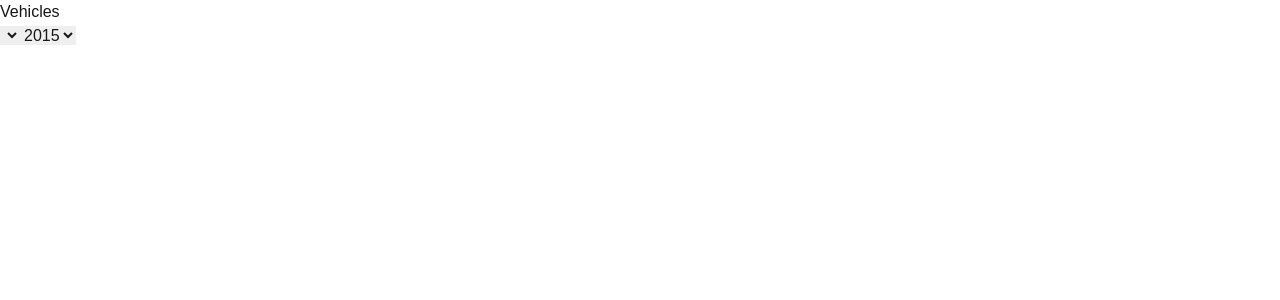
Repository: purpleFade/car-dealer-app
Page: /
These files come from the project's save history. The page is drawn as it stood at one moment and after the next save; the edit follows.
The browser window is 1280 px wide. The pictures show the whole page.
The page's requests for data from a server got no answer. The project was rebuilt for these pictures with package versions that can differ from the ones it lists, and the page was loaded fresh each time. The framework's server and built-in components were replaced by stand-ins that run in the browser. No one was signed in, and anything a server would have sent is missing. Also part of the build but not shown: next.config.ts.

Above is the page before, as saved 2024-12-21 10:43:52.

### src/app/page.tsx
'use client';

import { Vehicle } from '@/types/vehicle';
import { useEffect, useState } from 'react';

const years = Array.from({ length: 2024 - 2015 + 1 }, (_, i) => 2015 + i);

const fetchVehicles = async (): Promise<Vehicle[]> => {
  const response = await fetch(
    'https://vpic.nhtsa.dot.gov/api/vehicles/GetMakesForVehicleType/car?format=json',
  );
  const data = await response.json();

  return data.Results;
};

export default function Home() {
  const [vehicles, setVehicles] = useState<Vehicle[]>([]);

  useEffect(() => {
    fetchVehicles().then((vehicles) => setVehicles(vehicles));
  });

  return (
    <div className=''>
      <h1 className=''>Vehicles</h1>
      <select>
        {vehicles.map((vehicle) => (
          <option key={vehicle.MakeId} value={vehicle.MakeId} className="text-purple-800">
            {vehicle.MakeName}
          </option>
        ))}
      </select>

      <select>
        {years.map((year) => (
          <option key={year} value={year} className="text-purple-800">
            {year}
          </option>
        ))}
      </select>
    </div>
  );
}

Loaded but not shown: src/app/layout.tsx (common file); src/app/globals.css (common file); tailwind.config.ts (common file)

After the next save:
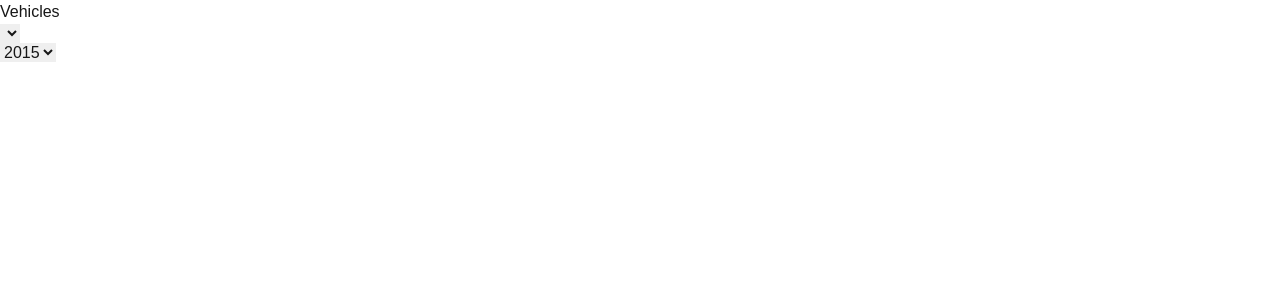
Saved 17 s later.
--- a/src/app/page.tsx
+++ b/src/app/page.tsx
@@ -24,7 +24,7 @@ export default function Home() {
   return (
     <div className=''>
       <h1 className=''>Vehicles</h1>
-      <select>
+      <select className="block">
         {vehicles.map((vehicle) => (
           <option key={vehicle.MakeId} value={vehicle.MakeId} className="text-purple-800">
             {vehicle.MakeName}
@@ -32,7 +32,7 @@ export default function Home() {
         ))}
       </select>
 
-      <select>
+      <select className="block">
         {years.map((year) => (
           <option key={year} value={year} className="text-purple-800">
             {year}
